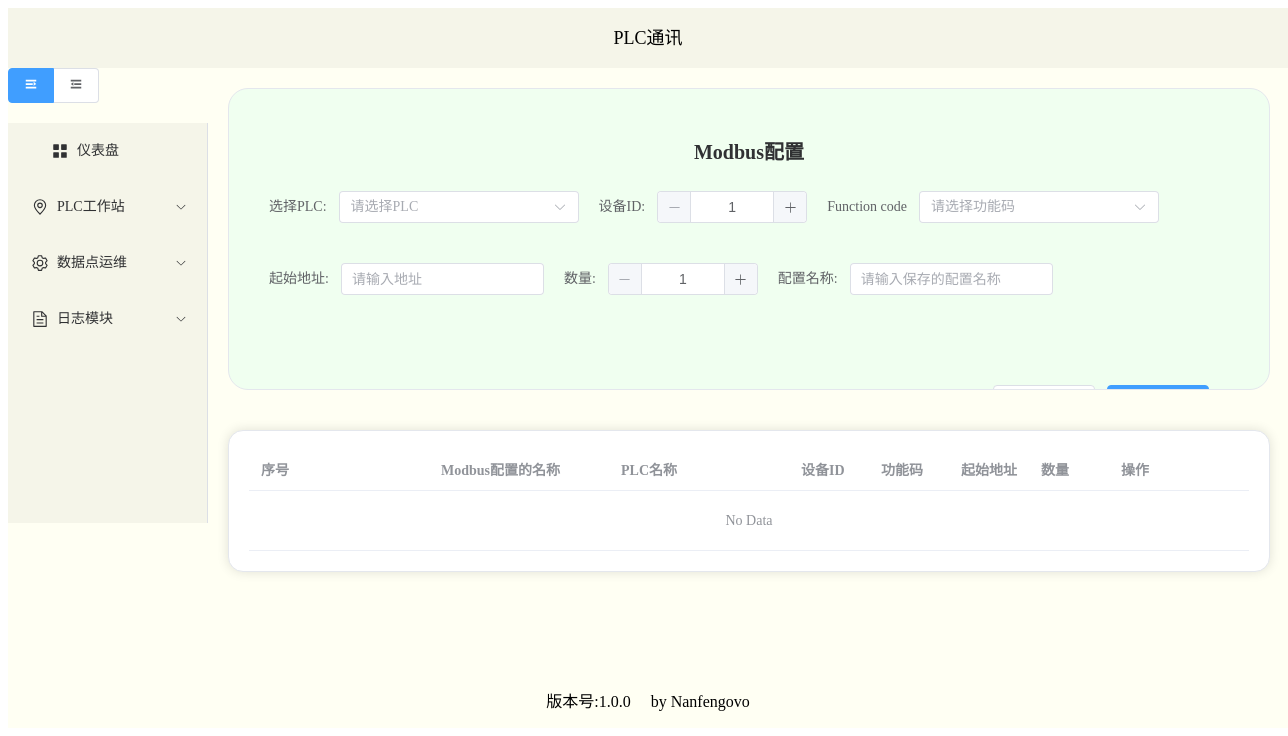
Repository: nanfengovo/HelperWorkStation
Page: /#/frameWork/DataPointOperations/Modbus (app in HelperWorkStation/plchelper-ui/)
The author's editor kept a copy of each file at every save. The page is drawn from the files as they stood at one save, then again after the next save.
The browser window is 1280 px wide. The page is 1288 px wide, so the pictures cover 1288 px, including what lies to the right of the window. The pictures show the whole page.
The page's requests for data from a server got no answer. The project was rebuilt for these pictures with package versions that can differ from the ones it lists, and the page was loaded fresh each time. No one was signed in, and anything a server would have sent is missing. Also part of the build but not shown: HelperWorkStation/plchelper-ui/vite.config.ts, HelperWorkStation/plchelper-ui/src/views/Login/index.vue.

Above is the page before, as saved 2025-01-30 18:48:31.

After the next save:
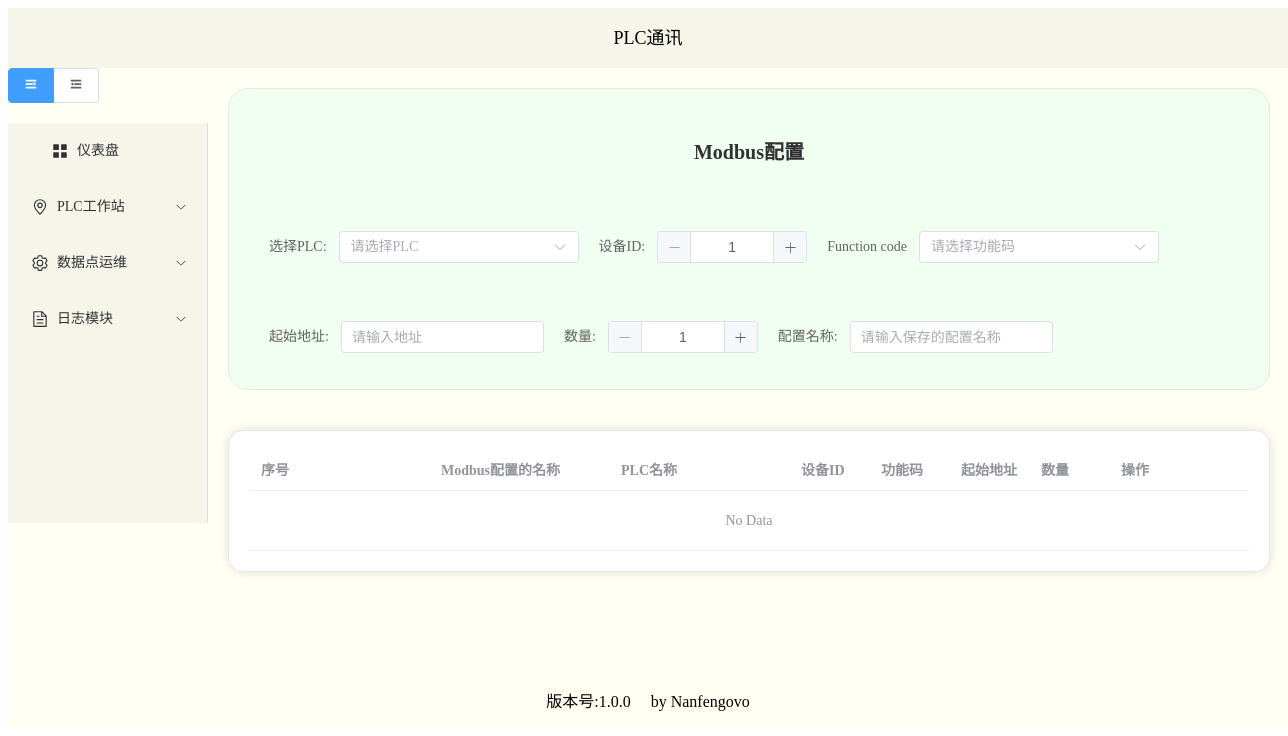
Saved 12 s later.
--- a/HelperWorkStation/plchelper-ui/src/views/FrameWork/layout/DataPointOperations/Modbus/index.vue
+++ b/HelperWorkStation/plchelper-ui/src/views/FrameWork/layout/DataPointOperations/Modbus/index.vue
@@ -153,7 +153,7 @@ const cancel = () => {
 }
 .modbusConfig-form .el-form-item{
     margin-right: 20px;
-    margin-bottom: 40px;
+    margin-top: 40px;
 }
 .btn-group{
     display: flex;
